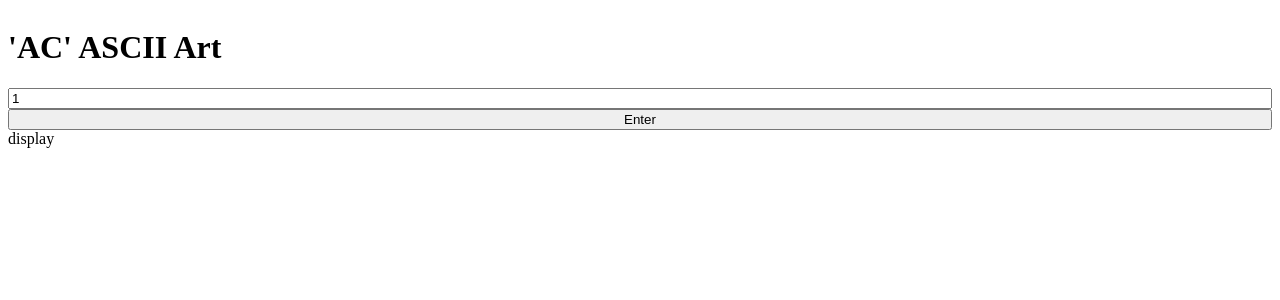
Repository: Achorn/ascii-art
Page: index.html
An editor plug-in stored every save of this project. The page is shown before and after the next save, followed by the edit.
The browser window is 1280 px wide. The pictures show the whole page.

Above is the page before, as saved 2021-08-08 13:42:15.

After the next save:
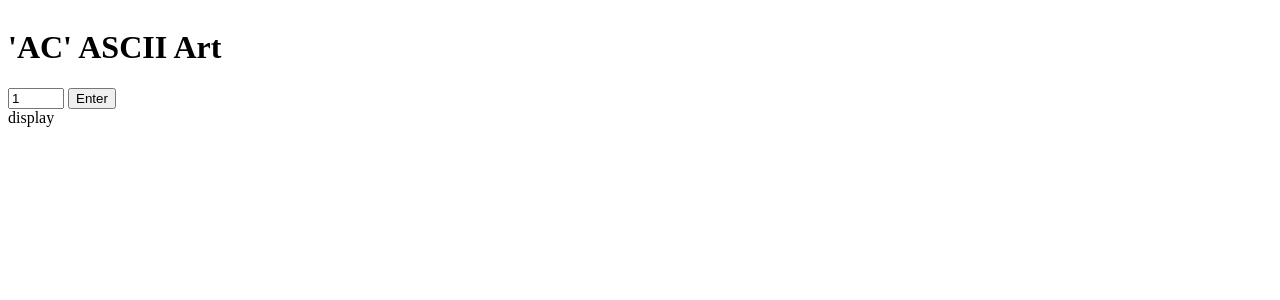
Saved 31 s later.
--- a/index.html
+++ b/index.html
@@ -8,9 +8,11 @@
     <title>Document</title>
   </head>
   <body>
-    <h1>'AC' ASCII Art</h1>
-    <input type="number" min="1" value="1" max="10" />
-    <button>Enter</button>
-    <div>display</div>
+    <div>
+      <h1>'AC' ASCII Art</h1>
+      <input type="number" min="1" value="1" max="10" />
+      <button>Enter</button>
+      <div>display</div>
+    </div>
   </body>
 </html>

After the save that followed:
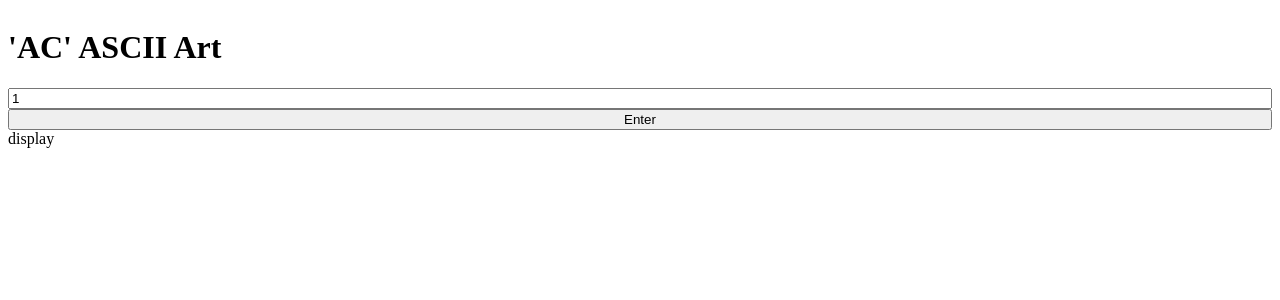
Saved 6 s later.
--- a/index.html
+++ b/index.html
@@ -8,11 +8,9 @@
     <title>Document</title>
   </head>
   <body>
-    <div>
-      <h1>'AC' ASCII Art</h1>
-      <input type="number" min="1" value="1" max="10" />
-      <button>Enter</button>
-      <div>display</div>
-    </div>
+    <h1>'AC' ASCII Art</h1>
+    <input type="number" min="1" value="1" max="10" />
+    <button>Enter</button>
+    <div>display</div>
   </body>
 </html>
